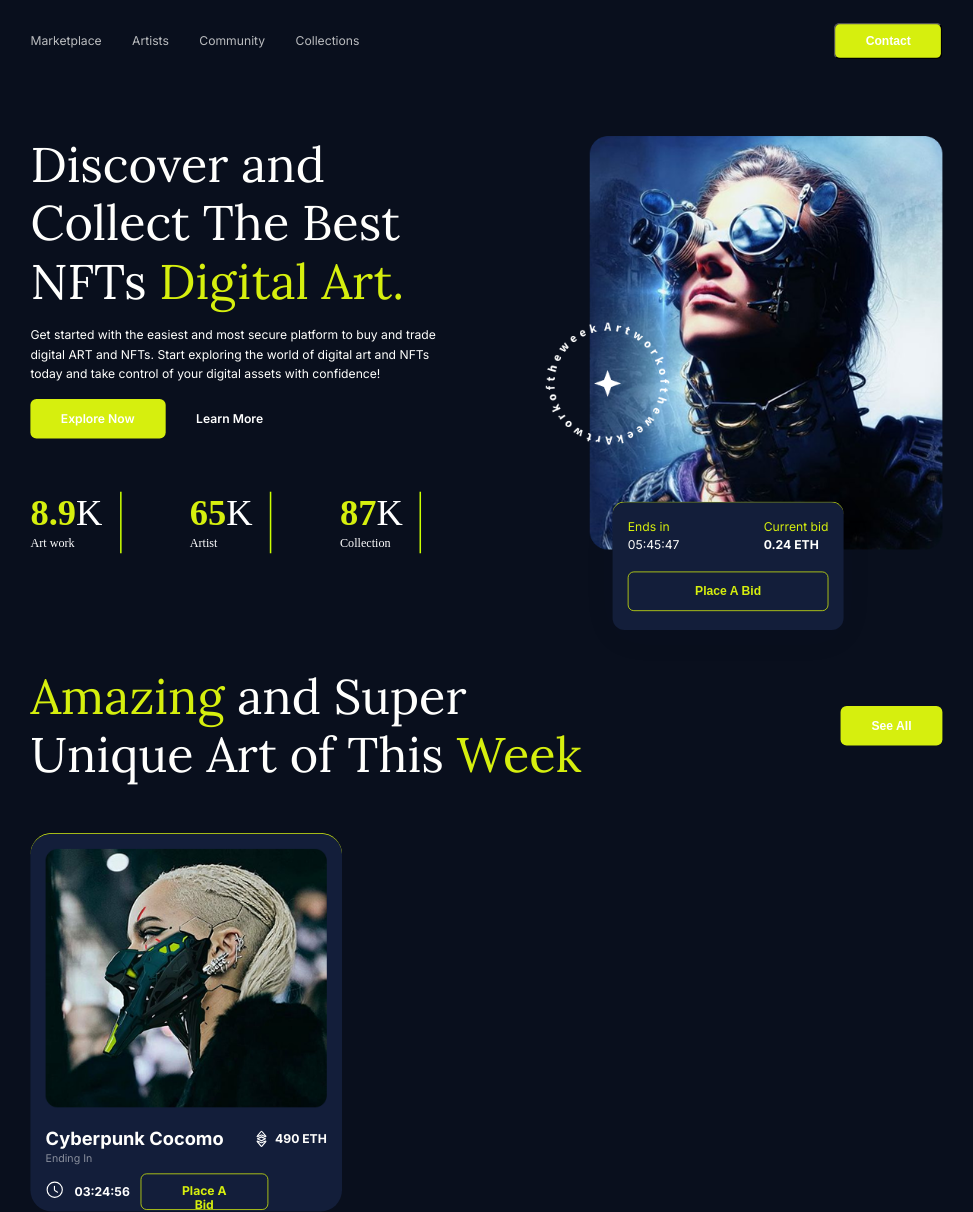
Repository: Kamron5505/NftMarketplace
Page: index.html
An editor plug-in stored every save of this project. The page is shown before and after a run of saves, followed by the edit.
The browser window is 1280 px wide. The pictures show the whole page, at 76% of full size.

Above is the page before, as saved 2025-07-09 14:26:51.

### index.html
<!DOCTYPE html>
<html lang="en">

<head>
    <meta charset="UTF-8">
    <meta name="viewport" content="width=device-width, initial-scale=1.0">
    <title>NFTMarketplace Landing</title>
    <link rel="stylesheet" href="./style.css">
    <link
        href="https://fonts.googleapis.com/css2?family=Inter:wght@400;600;700&family=Source+Sans+Pro:wght@400;600;700&family=Lora:wght@400;700&display=swap"
        rel="stylesheet">

</head>

<body>
    <header class="header">
        <div class="container">
            <nav class="nav">
                <ul class="nav-list">
                    <li class="nav-item"><a href="#" class="nav-link">Marketplace</a></li>
                    <li class="nav-item"><a href="#" class="nav-link">Artists</a></li>
                    <li class="nav-item"><a href="#" class="nav-link">Community</a></li>
                    <li class="nav-item"><a href="#" class="nav-link">Collections</a></li>
                </ul>
                <button class="header-contact-btn">Contact</button>
            </nav>
        </div>
    </header>
    <main class="main">
        <section class="nft-section">
            <div class="container">
                <div class="nft-wrapper">
                    <div class="content-left">
                        <h1 class="title">
                            Discover and <br>
                            Collect The Best <br>
                            NFTs <span class="highlight"> Digital Art.</span>
                        </h1>

                        <p class="description">
                            Get started with the easiest and most secure platform to buy and trade digital ART and NFTs.
                            Start exploring the world of digital art and NFTs today and take control of your digital
                            assets with confidence!
                        </p>

                        <div class="buttons">
                            <a href="#" class="btn btn-primary">Explore Now</a>
                            <a href="#" class="btn btn-secondary">Learn More</a>
                        </div>

                        <div class="stats">
                            <div class="stat">
                                <div class="number">8.9<span class="note">K</span></div>
                                <div class="label">Art work</div>
                            </div>
                            <div class="stat">
                                <div class="number">65<span class="note">K</span></div>
                                <div class="label">Artist</div>
                            </div>
                            <div class="stat">
                                <div class="number">87<span class="note">K</span></div>
                                <div class="label">Collection</div>
                            </div>
                        </div>
                    </div>
                    <div class="content-right">
                        <div class="header-image">
                            <img src="./images/main-header-img.png" alt="NFT Image" class="hero-image">
                            <img src="./images/circle.png" alt="" class="circle-image">
                        </div>
                        <div class="nft-card">
                            <div class="nft-card__info">
                                <div class="nft-card__timer">
                                    <span class="value ">Ends in</span>
                                    <span class="nft-note">05:45:47</span>
                                </div>
                                <div class="nft-card__bid">
                                    <span class="value ">Current bid</span>
                                    <span class="nft-card__note">0.24 ETH</span>
                                </div>
                                <button href="#" class="nft-card__btn nft-card__btn--bid">Place A Bid</button>
                            </div>
                        </div>
                    </div>
                </div>
            </div>
        </section>
        <section class="art-section">
            <div class="container">
                <div class="art-section__header">
                    <h2 class="art-section__title">
                        <span class="text-highlight">Amazing</span>
                        and Super <br>
                        Unique Art of This
                        <span class="text-highlight">Week</span>
                    </h2>
                    <button href="#" class="art-section__btn-view-all">See All</button>
                </div>
                <div class="art-section__cards">
                    <div class="art-card">
                        <img src="./images/Cyberpunk Cocomo 490ETH.png" alt="Cyberpunk Cocomo"
                            class="art-card__image" />
                        <div class="art-card-name">
                            <h3 class="art-card__title">Cyberpunk Cocomo</h3>

                            <div class="art-card-price-wrapper">
                                <svg width="24" height="25" viewBox="0 0 24 25" fill="none"
                                    xmlns="http://www.w3.org/2000/svg">
                                    <path
                                        d="M6.90001 9.6L11.7 7.5C11.9 7.4 12.1 7.4 12.4 7.5L17.2 9.6C17.6 9.8 18 9.3 17.7 8.9L12.7 2.8C12.4 2.4 11.8 2.4 11.5 2.8L6.50001 8.9C6.10001 9.3 6.50001 9.8 6.90001 9.6Z"
                                        stroke="white" stroke-width="1.5" stroke-miterlimit="10" stroke-linecap="round"
                                        stroke-linejoin="round" />
                                    <path
                                        d="M6.90001 15.4L11.7 17.5C11.9 17.6 12.1 17.6 12.4 17.5L17.2 15.4C17.6 15.2 18 15.7 17.7 16.1L12.7 22.2C12.4 22.6 11.8 22.6 11.5 22.2L6.50001 16.1C6.10001 15.7 6.50001 15.2 6.90001 15.4Z"
                                        stroke="white" stroke-width="1.5" stroke-miterlimit="10" stroke-linecap="round"
                                        stroke-linejoin="round" />
                                    <path d="M12 9.90002L6.79999 12.5L12 15.1L17.2 12.5L12 9.90002Z" stroke="white"
                                        stroke-width="1.5" stroke-miterlimit="10" stroke-linecap="round"
                                        stroke-linejoin="round" />
                                </svg>
                                <p class="art-card__price">490 ETH</p>
                            </div>
                        </div>

                        <div class="art-card__info">
                            <div class="art-card__time">
                                <p class="art-card__time__ending">Ending In</p>
                                <div class="art-card__time-row">
                                    <i class="icon-clock">
                                        <svg width="24" height="25" viewBox="0 0 24 25" fill="none"
                                            xmlns="http://www.w3.org/2000/svg">
                                            <path
                                                d="M22 12.5C22 18.02 17.52 22.5 12 22.5C6.48 22.5 2 18.02 2 12.5C2 6.98 6.48 2.5 12 2.5C17.52 2.5 22 6.98 22 12.5Z"
                                                stroke="white" stroke-width="1.5" stroke-linecap="round"
                                                stroke-linejoin="round" />
                                            <path
                                                d="M15.71 15.68L12.61 13.83C12.07 13.51 11.63 12.74 11.63 12.11V8.01001"
                                                stroke="white" stroke-width="1.5" stroke-linecap="round"
                                                stroke-linejoin="round" />
                                        </svg>
                                    </i>
                                    <span class="art-card__time-text">03:24:56</span>
                                    <button class="art-card__btn-bid">Place A Bid</button>
                                </div>
                            </div>
                        </div>



                    </div>
                </div>

            </div>
        </section>
    </main>
</body>

</html>

### style.css
* {
    margin: 0;
    padding: 0;
    text-decoration: none;
    list-style: none;
    box-sizing: border-box;
}


body {
    background: #090f1d;
    color: #fffffd;
}

:root {
    --font-family: "Inter", sans-serif;
    --second-family: "Source Sans Pro", sans-serif;
    --third-family: "Lora", serif;
}

h1,
h2,
h3,
h4,
h5,
h6 {
    font-family: "Lora", serif;
    font-weight: 500;
    font-size: 64px;
    line-height: 120%;
    color: #fffffd;
}

.highlight {
    color: #d6ef0e;
}

.header {
    margin-top: 30px;
    font-family: "Inter", sans-serif;
}

.container {
    width: 1200px;
    margin: 0 auto;
}

.nav {
    display: flex;
    align-items: center;
    justify-content: space-between;
}

.nav-list {
    display: flex;
    gap: 40px;
}

.nav-link {
    font-weight: 400;
    font-size: 16px;
    line-height: 160%;
    color: rgba(255, 255, 253, 0.72);
}

.nav-link:hover {
    border-bottom: 1px solid #d6ef0e;
    width: 94px;
    height: 26px;
    transition: all 0.3s ease;
}

.header-contact-btn {
    background: #d6ef0e;
    border-radius: 8px;
    padding: 12px 40px;
    width: 143px;
    height: 48px;
    font-weight: 700;
    font-size: 16px;
    line-height: 120%;
    color: #fff;
}

.nft-section {
    margin-top: 100px;
}

.nft-wrapper {
    display: flex;
    align-items: center;
    justify-content: space-between;
}

.description {
    font-family: "Inter", sans-serif;
    font-weight: 400;
    font-size: 16px;
    width: 544px;
    line-height: 160%;
    color: #fffffd;
    margin-top: 20px;
}

.buttons {
    display: flex;
    gap: 40px;
    align-items: center;
    margin-top: 20px;
}

.btn {
    font-family: "Inter", sans-serif;
    font-weight: 600;
    font-size: 16px;
    color: #fff;
}

.btn-primary {
    display: flex;
    align-items: center;
    line-height: 120%;
    border-radius: 8px;
    padding: 12px 40px;
    width: 178px;
    height: 52px;
    background: #d6ef0e;
}

.stats {
    display: flex;
    gap: 90px;
    margin-top: 70px;
    color: white;
}

.stat {
    display: flex;
    flex-direction: column;
    position: relative;
    padding-right: 25px;
}

.stat::after {
    content: "";
    position: absolute;
    top: 0;
    bottom: 0;
    right: 0;
    width: 2px;
    background-color: #ccff00;
}

.stat:last-child {
    padding-right: 24px;
}

.number {
    font-family: ;
    font-size: 48px;
    font-weight: bold;
    color: #d6ef0e;
}

.note {
    font-weight: normal;
    color: white;
}

@keyframes spin {
    from {
        transform: rotate(0deg);
    }

    to {
        transform: rotate(360deg);
    }
}

.circle-image {
    position: absolute;
    right: 355px;
    top: 240px;
    animation: spin 20s linear infinite;
}

.label {
    font-weight: 400;
    font-size: 16px;
    line-height: 160%;
    color: white;
}

.header-image {
    position: relative;
}

.circle-image {
    position: absolute;
    right: 355px;
    top: 240px;
}

.nft-card {
    position: absolute;
    top: 660px;
    right: 170px;
    border-top: 1px solid #d6ef0e;
    border-radius: 16px;
    padding: 20px;
    width: 304px;
    height: 169px;
    box-shadow: 0 9px 50px 0 rgba(23, 36, 65, 0.04);
    background: #131e3a;
}

.nft-card__info {
    display: flex;
    flex-wrap: wrap;
    justify-content: space-between;
    font-family: "Inter", sans-serif;

}

.nft-card__timer,
.nft-card__bid {
    display: flex;
    flex-direction: column;
}

.value {
    font-weight: 400;
    font-size: 16px;
    line-height: 160%;
    color: #d6ef0e;
}

.nft-card__note {
    font-weight: 700;
    font-size: 16px;
    line-height: 120%;
    color: #fffffd;
}

.nft-card__btn {
    border: 1px solid #d6ef0e;
    border-radius: 8px;
    padding: 12px 40px;
    width: 264px;
    background: transparent;
    height: 52px;
    margin-top: 25px;
    font-weight: 700;
    font-size: 16px;
    line-height: 120%;
    color: #d6ef0e;
}

.art-section {
    margin-top: 150px;
    font-family: "Inter", sans-serif;

}

.art-section__header {
    display: flex;
    justify-content: space-between;
    align-items: center;
}


.text-highlight {
    color: #d6ef0e;

}

.art-section__btn-view-all {
    font-weight: 700;
    font-size: 16px;
    line-height: 120%;
    color: #fff;
    border-radius: 8px;
    padding: 12px 40px;
    width: 134px;
    height: 52px;
    background: #d6ef0e;
    border: none;
}

.art-section__cards {
    margin-top: 65px;
}

.art-card-price-wrapper {
    display: flex;
    align-items: center;
    gap: 6px;
}

.art-card {
    border-top: 1px solid #d6ef0e;
    border-radius: 28px;
    padding: 20px;
    width: 410px;
    height: 498px;
    background: #131e3a;
}

.art-card__time__ending {
    font-weight: 400;
    font-size: 14px;
    line-height: 160%;
    color: #838382;
}

.art-card__time-value {
    display: flex;
    align-items: center;
    gap: 6px;
    /* или 0, если без отступа */
}

.art-card__time-value span {
    font-family: "Inter", sans-serif;
    font-size: 16px;
    padding-bottom: 3px;
    font-weight: 600;
    color: #fffffd;
}

.art-card__time-row {
    display: flex;
    align-items: center;
    gap: 93px;
    margin-top: 8px;
}

.art-card__time-row {
    display: flex;
    align-items: center;
    gap: 14px;
    margin-top: 8px;
}

.art-card__time__ending {
    font-size: 14px;
    color: rgba(255, 255, 255, 0.5);
    font-family: "Inter", sans-serif;
    margin-bottom: 4px;
}

.art-card__time-text {
    font-size: 16px;
    font-weight: 700;
    color: white;
    font-family: "Inter", sans-serif;
}

.art-card__btn-bid {
    font-size: 16px;
    font-weight: 700;
    padding: 10px 24px;
    border: 1px solid #d6ef0e;
    color: #d6ef0e;
    background: transparent;
    border-radius: 10px;
    font-family: "Inter", sans-serif;
    cursor: pointer;
    transition: all 0.3s ease;
}

.art-card__btn-bid:hover {
    background-color: #d6ef0e;
    color: #090f1d;
}


.art-card__btn-bid {
    font-family: "Inter", sans-serif;
    font-weight: 700;
    font-size: 16px;
    line-height: 120%;
    color: #fffffd;
    border-radius: 8px;
    padding: 12px 24px;
    background: #d6ef0e;
    border: none;
    cursor: pointer;
    transition: background 0.3s ease;
}

.art-card__btn-bid:hover {
    background: #c4dd00;
}


.art-card-name {
    display: flex;
    align-items: center;
    justify-content: space-between;
    padding-top: 23px;

}

.art-card__title {
    font-family: "Inter", sans-serif;
    font-weight: 700;
    font-size: 24px;
    line-height: 120%;
    color: #fffffd;
}

.art-card__info {}

.art-card__time {}


.art-card__price {
    font-family: "Inter", sans-serif;
    font-weight: 700;
    font-size: 16px;
    line-height: 120%;
    color: #fffffd;
}

.art-card__btn-bid {
    font-family: "Inter", sans-serif;
    border: 1px solid #d6ef0e;
    background: transparent;
    border-radius: 8px;
    padding: 12px 40px;
    width: 168px;
    height: 48px;
    font-weight: 700;
    font-size: 16px;
    line-height: 120%;
    color: #d6ef0e;
}

After the next 3 saves:
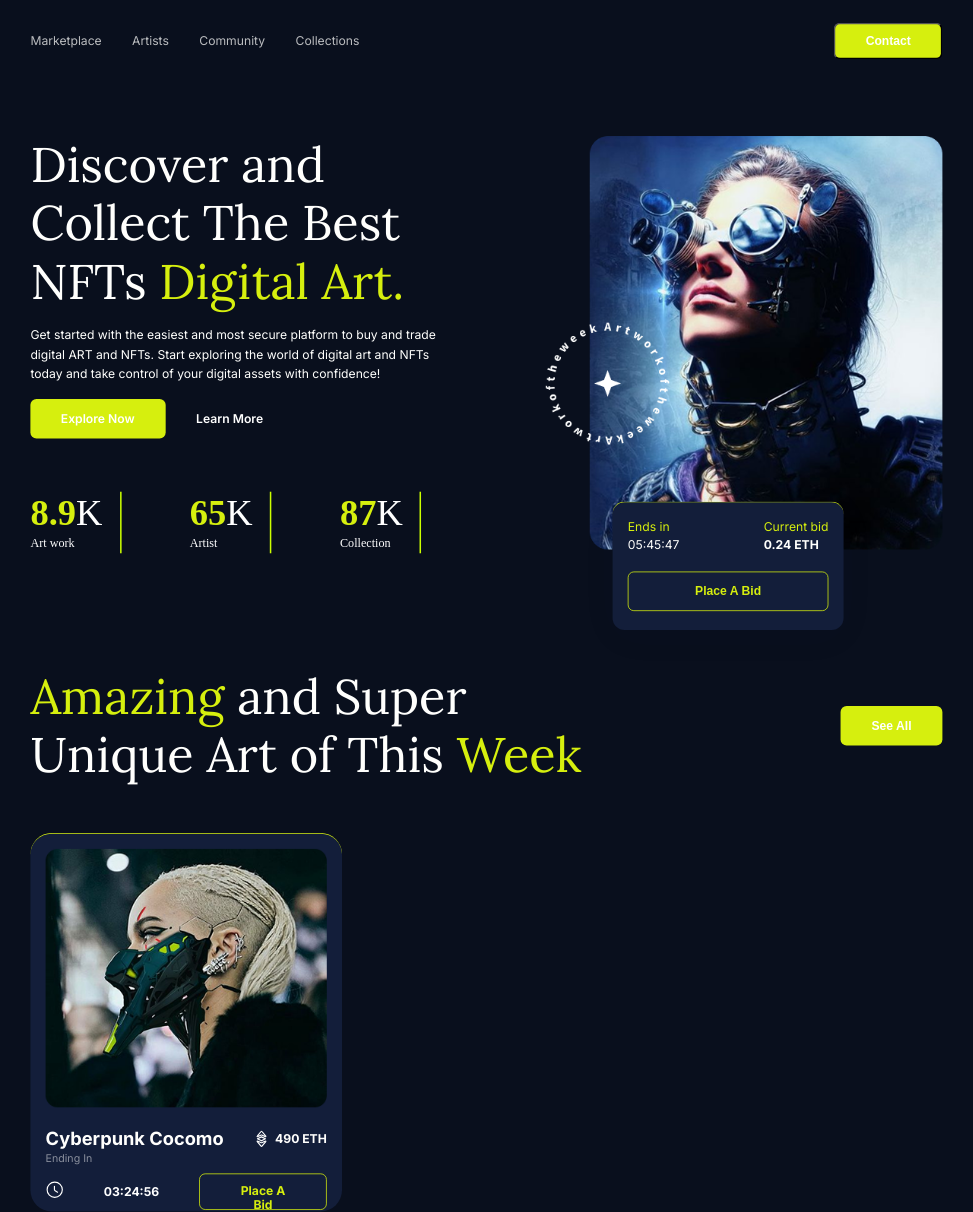
The 3 saves are shown as one change because they came seconds apart.
The last was saved 21 s later.
--- a/style.css
+++ b/style.css
@@ -331,8 +331,8 @@ h6 {
 .art-card__time-row {
     display: flex;
     align-items: center;
-    gap: 93px;
     margin-top: 8px;
+    justify-content: space-between;
 }
 
 .art-card__time-row {
